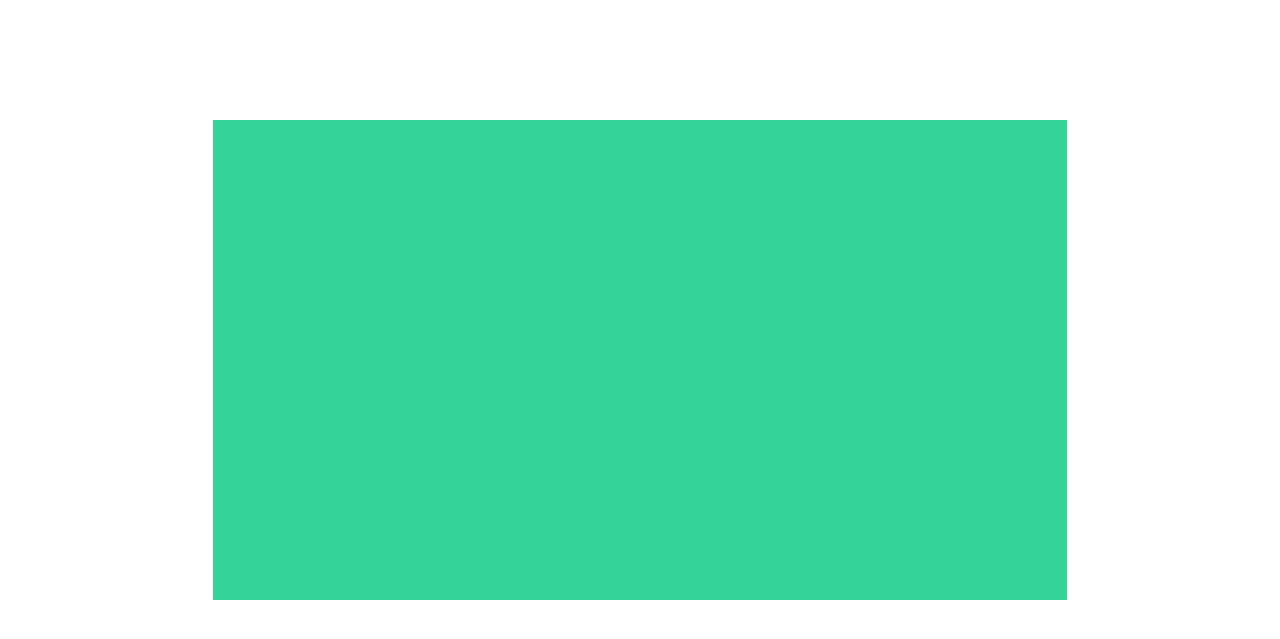
Repository: saad-elabboubi/tahalkobra
Page: /
An editor plug-in stored every save of this project. The page is shown before and after the next save, followed by the edit.
The browser window is 1280 px wide. The pictures show the whole page.
The project was rebuilt for these pictures with package versions that can differ from the ones it lists, and the page was loaded fresh each time. The framework's server and built-in components were replaced by stand-ins that run in the browser. Also part of the build but not shown: svelte.config.js, vite.config.ts.

Above is the page before, as saved 2023-04-08 17:57:07.

After the next save:
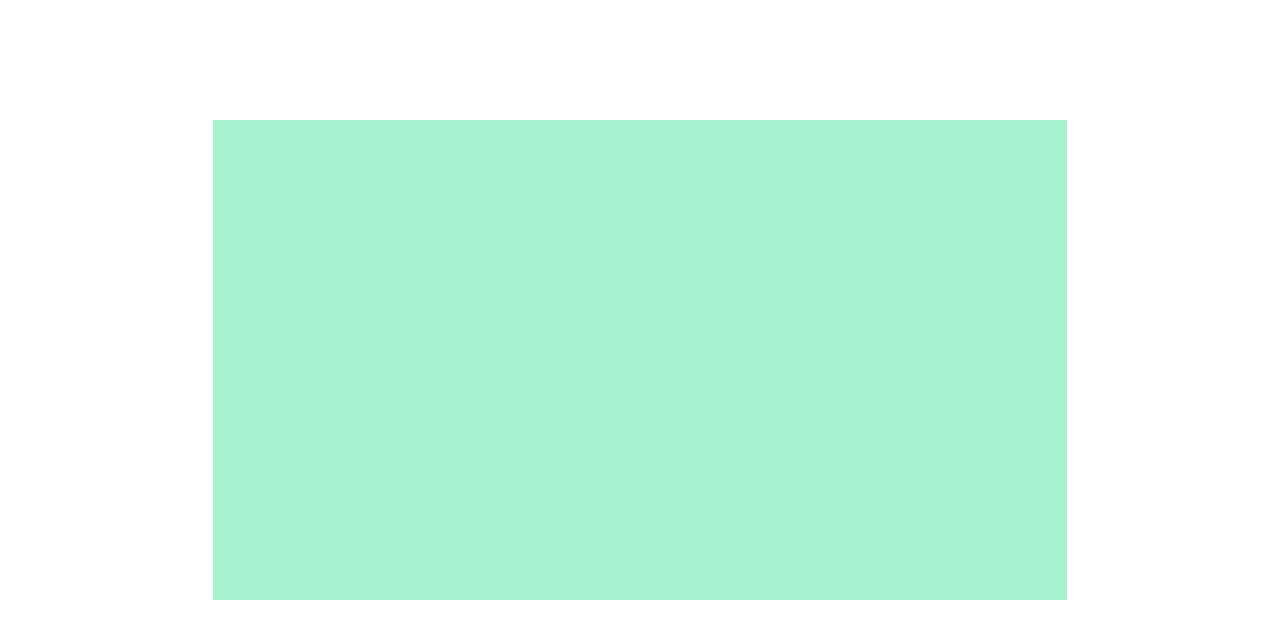
Saved 7 s later.
--- a/src/routes/+page.svelte
+++ b/src/routes/+page.svelte
@@ -1,5 +1,5 @@
 <body class="body h-screen w-screen flex flex-row justify-center ">
-    <div class="gameborder grid grid-rows-4 grid-cols-4 bg-emerald-400  h-2/3 w-2/3 self-center ">
+    <div class="gameborder grid grid-rows-4 grid-cols-4 bg-emerald-200  h-2/3 w-2/3 self-center ">
 
     </div>
 
